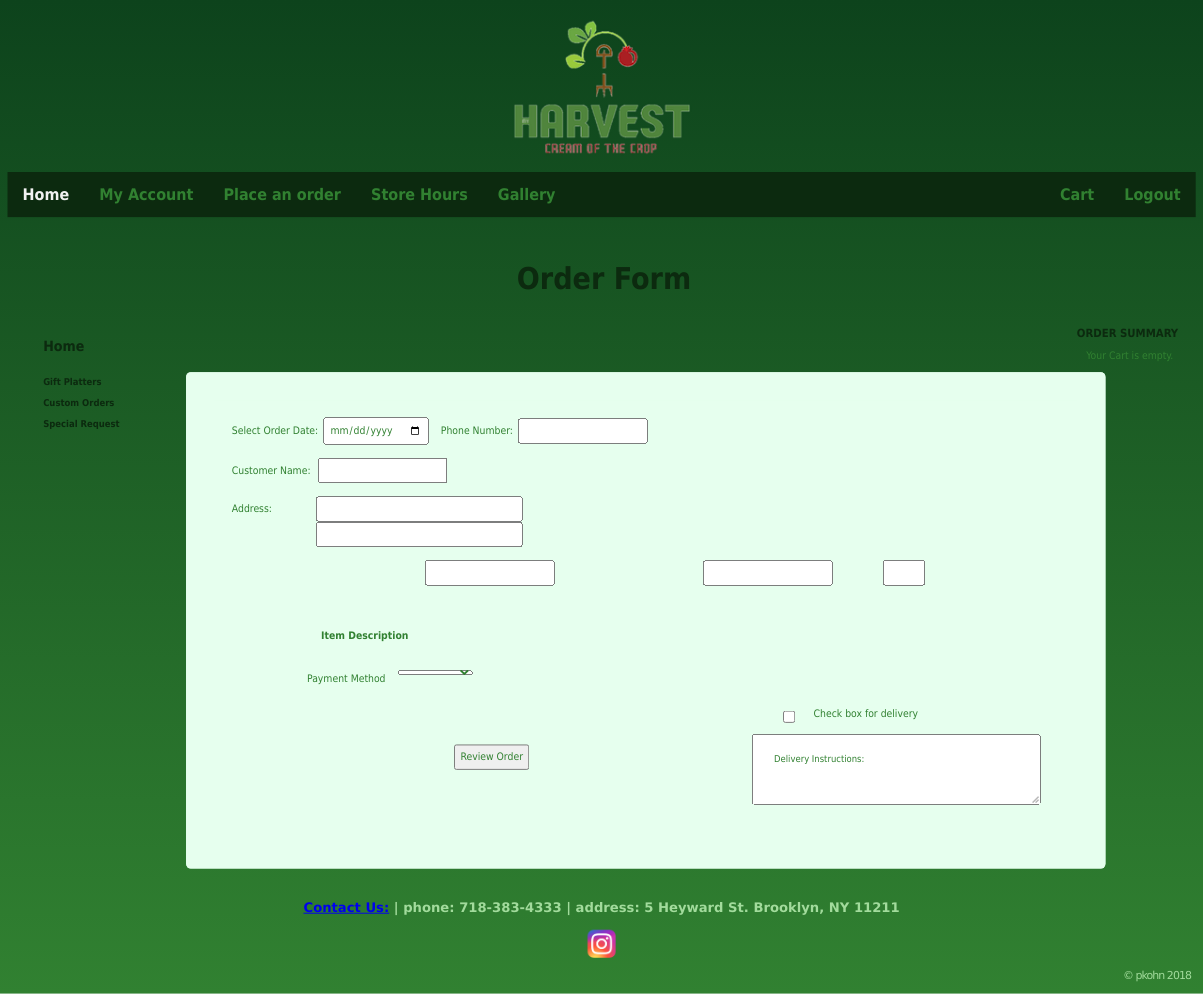
Repository: minipompoms/mco358-spring-2018
Page: http://localhost/myHarvest/order.php?page=cart
The author's editor kept a copy of each file at every save. The page is drawn from the files as they stood at one save, then again after the next save.
The browser window is 1280 px wide. The pictures show the whole page, at 94% of full size.
The page is run by PHP 8.4 with error messages shown; the project is at /var/www/html/. Queries for data that is not in the repository find no rows.

Above is the page before, as saved 2018-03-28 21:45:22.

After the next save:
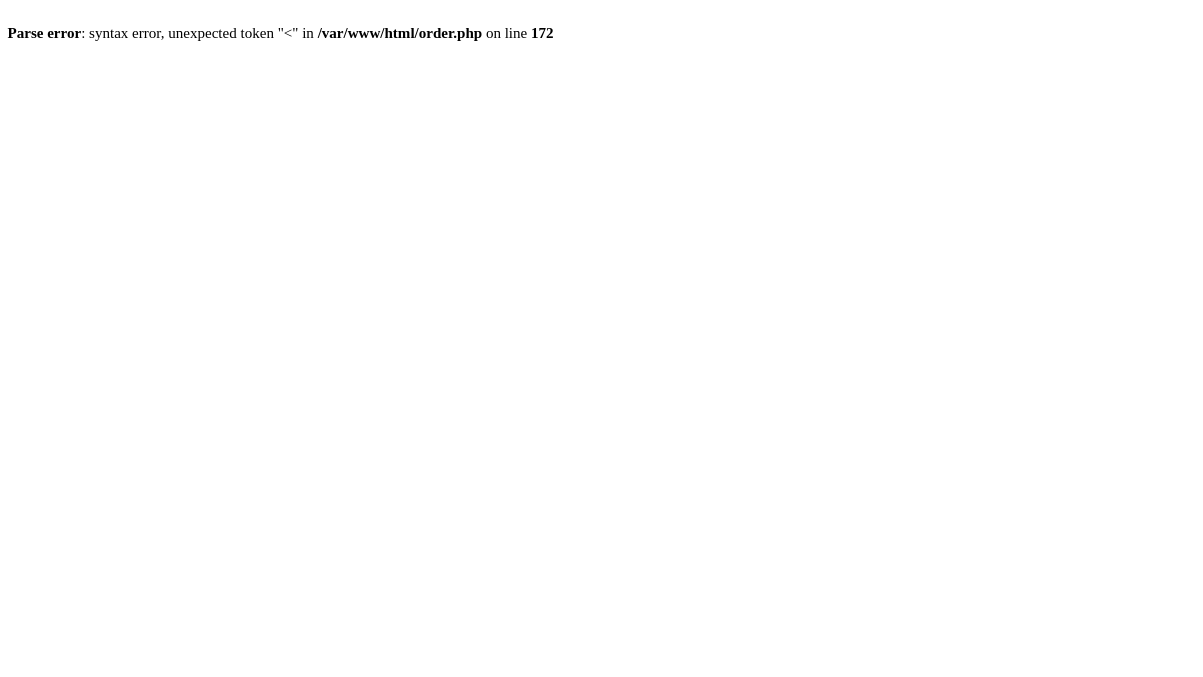
Saved 8 s later.
--- a/myHarvest/order.php
+++ b/myHarvest/order.php
@@ -169,7 +169,7 @@
 
      $selectw .= '</select>';
 
-     echo $selectw;
+     echo $selectw;</tr>
  ?>						<td>
 
                 <?php $price = $row['ITEM_PRICE']; echo $price ?></td>

After the save that followed:
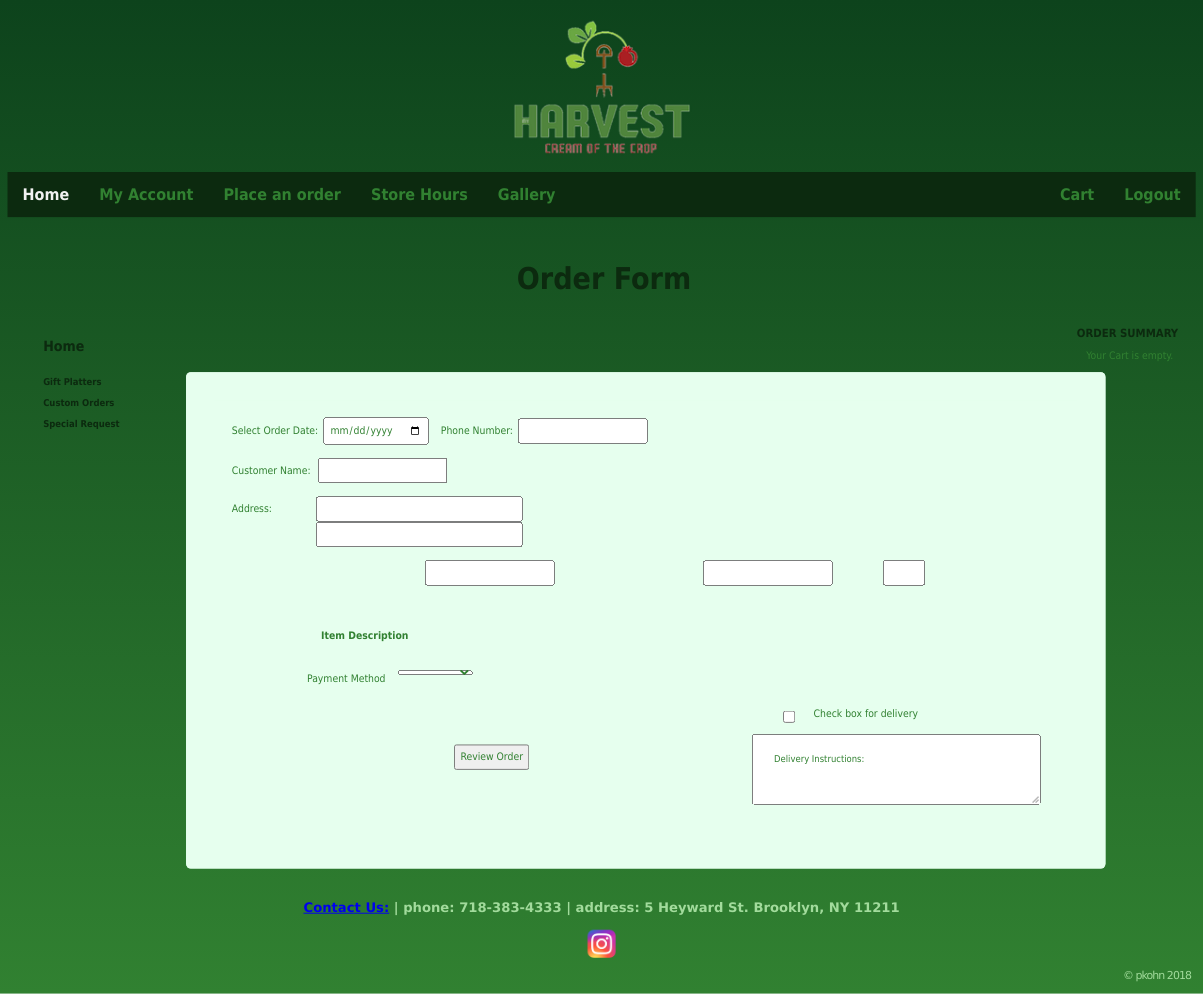
Saved 6 s later.
--- a/myHarvest/order.php
+++ b/myHarvest/order.php
@@ -169,8 +169,8 @@
 
      $selectw .= '</select>';
 
-     echo $selectw;</tr>
- ?>						<td>
+     echo $selectw;
+ ?>			</tr>			<td>
 
                 <?php $price = $row['ITEM_PRICE']; echo $price ?></td>
 								<td>
